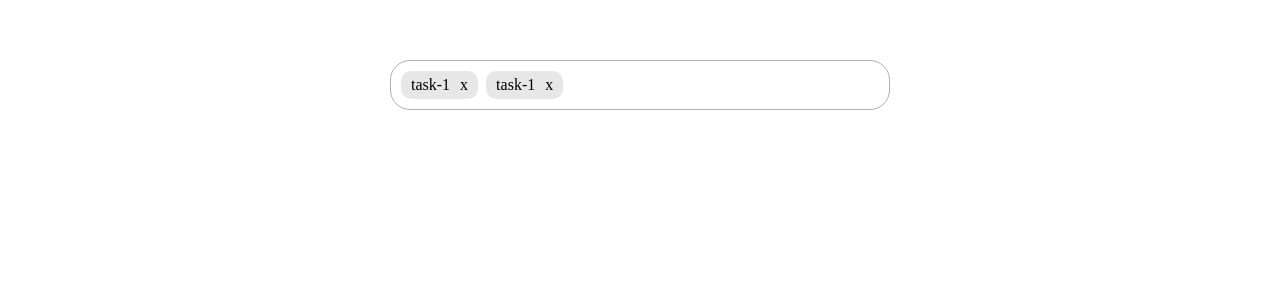
Repository: OkazakiTruong/selectOption
Page: /
These files come from the project's save history. The page is drawn as it stood at one moment and after the next save; the edit follows.
The browser window is 1280 px wide. The pictures show the whole page.
The project was rebuilt for these pictures with package versions that can differ from the ones it lists, and the page was loaded fresh each time. Also part of the build but not shown: vite.config.js.

Above is the page before, as saved 2024-01-17 21:24:43.

After the next save:
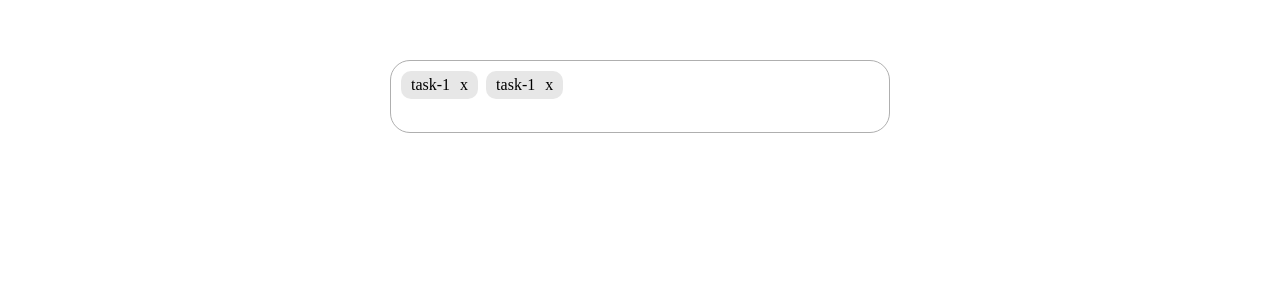
Saved 29 s later.
--- a/src/SelectBox/selectbox.css
+++ b/src/SelectBox/selectbox.css
@@ -19,7 +19,7 @@
 .select-input .input {
   border: none;
   outline: none;
-  box-sizing: border-box;
+  width: 100%;
 }
 .select-item {
   padding: 5px 10px;

After the save that followed:
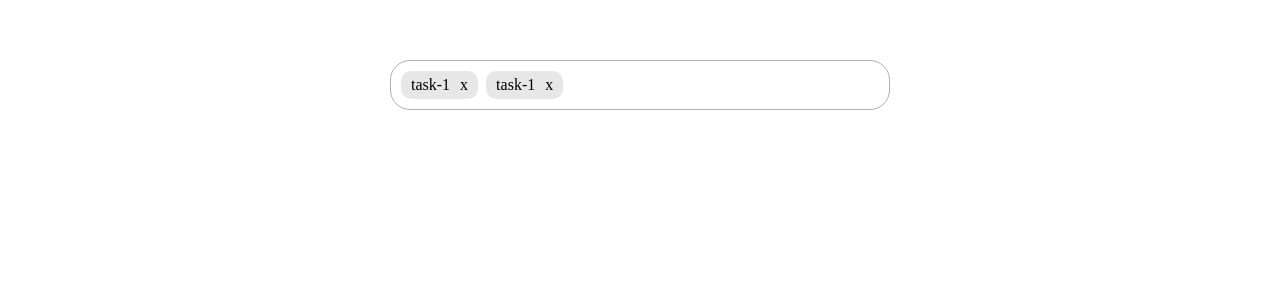
Saved 12 s later.
--- a/src/SelectBox/selectbox.css
+++ b/src/SelectBox/selectbox.css
@@ -19,7 +19,7 @@
 .select-input .input {
   border: none;
   outline: none;
-  width: 100%;
+  max-width: 100%;
 }
 .select-item {
   padding: 5px 10px;
